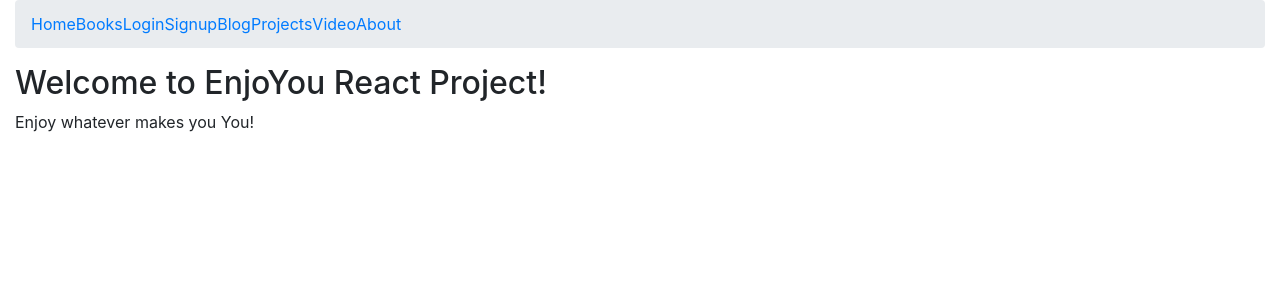
Repository: ebo-arcadia/enjoyou
Page: /home
These files come from the project's save history. The page is drawn as it stood at one moment and after the next save; the edit follows.
The browser window is 1280 px wide. The pictures show the whole page.
The project was rebuilt for these pictures with package versions that can differ from the ones it lists, and the page was loaded fresh each time. Also part of the build but not shown: src/components/BooksList.js, src/containers/Login.js, src/containers/signup.js, src/containers/blog.js, src/containers/Projects.js, src/containers/video.js, src/components/About.js.

Above is the page before, as saved 2021-04-20 11:08:33.

After the next save:
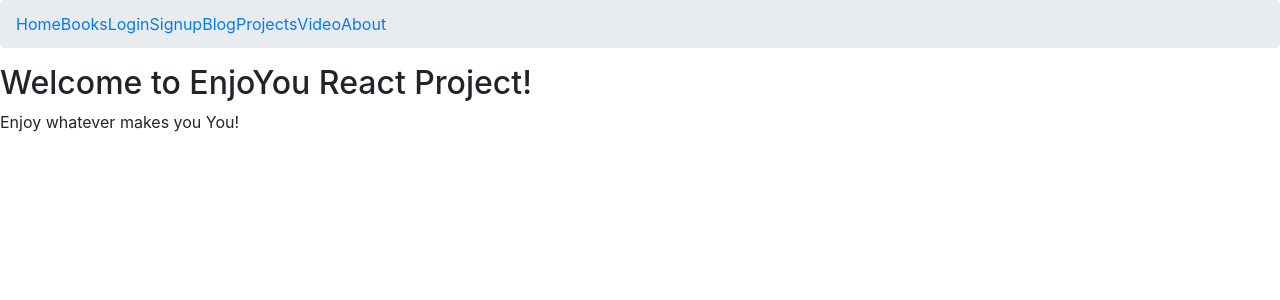
Saved 6 s later.
--- a/src/containers/App.js
+++ b/src/containers/App.js
@@ -9,13 +9,11 @@ import Blog from '../containers/Blog';
 import Projects from '../containers/Projects';
 import Video from '../containers/Video';
 import About from '../components/About'
-import Layout from '../components/Layout'
 import { Breadcrumb } from "react-bootstrap";
 
 export default function App() {
   return (
     <React.Fragment>
-      <Layout>
       <Router>
         <div>
           <nav>
@@ -46,7 +44,6 @@ export default function App() {
           </Switch>
         </div>
       </Router>
-      </Layout>
     </React.Fragment>
   );
 }
